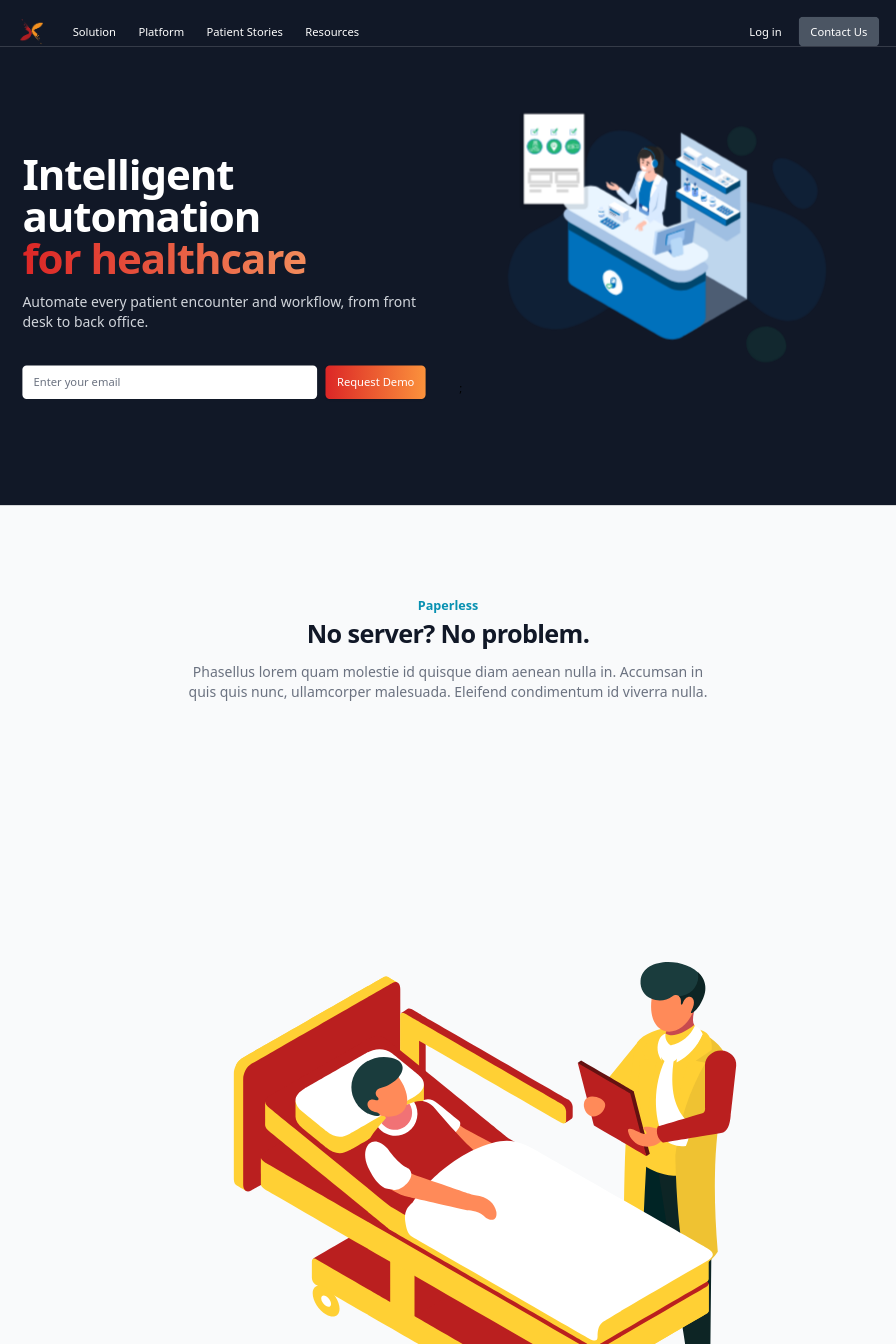
Repository: VinceBrun/medical-web3-app
Page: /
The author's editor kept a copy of each file at every save. The page is drawn from the files as they stood at one save, then again after the next save.
The browser window is 1280 px wide. The pictures show the part of the page from y = 0 to 1920 px (the page is 3395 px tall), at 70% of full size.
The project was rebuilt for these pictures with package versions that can differ from the ones it lists, and the page was loaded fresh each time. The framework's server and built-in components were replaced by stand-ins that run in the browser. Also part of the build but not shown: next.config.js, styles/Home.module.css.

Above is the page before, as saved 2023-01-16 17:34:02.

### components/Landing.jsx
import React from "react";
import { Fragment } from "react";
import { Popover, Transition } from "@headlessui/react";
import {
  ArrowPathIcon,
  Bars3Icon,
  CloudArrowUpIcon,
  CogIcon,
  LockClosedIcon,
  ServerIcon,
  ShieldCheckIcon,
  XMarkIcon,
} from "@heroicons/react/24/outline";
import {
  ArrowTopRightOnSquareIcon,
  ChevronRightIcon,
} from "@heroicons/react/20/solid";
import Lottie from "lottie-react";
import medicalanimation from "../public/images/medicalanimation.json";
import medicalpatient from "../public/images/medicalpatient.json";
import onlinemedicalanimation from "../public/images/onlinemedicalanimation.json";

const navigation = [
  { name: "Solution", href: "#" },
  { name: "Platform", href: "#" },
  { name: "Patient Stories", href: "#" },
  { name: "Resources", href: "#" },
];
const features = [
  {
    name: "Push to Deploy",
    description:
      "Ac tincidunt sapien vehicula erat auctor pellentesque rhoncus. Et magna sit morbi vitae lobortis.",
    icon: CloudArrowUpIcon,
  },
  {
    name: "SSL Certificates",
    description:
      "Qui aut temporibus nesciunt vitae dicta repellat sit dolores pariatur. Temporibus qui illum aut.",
    icon: LockClosedIcon,
  },
  {
    name: "Simple Queues",
    description:
      "Rerum quas incidunt deleniti quaerat suscipit mollitia. Amet repellendus ut odit dolores qui.",
    icon: ArrowPathIcon,
  },
  {
    name: "Advanced Security",
    description:
      "Ullam laboriosam est voluptatem maxime ut mollitia commodi. Et dignissimos suscipit perspiciatis.",
    icon: ShieldCheckIcon,
  },
  {
    name: "Powerful API",
    description:
      "Ab a facere voluptatem in quia corrupti veritatis aliquam. Veritatis labore quaerat ipsum quaerat id.",
    icon: CogIcon,
  },
  {
    name: "Database Backups",
    description:
      "Quia qui et est officia cupiditate qui consectetur. Ratione similique et impedit ea ipsum et.",
    icon: ServerIcon,
  },
];
const blogPosts = [
  {
    id: 1,
    title: "Boost your conversion rate",
    href: "#",
    date: "Mar 16, 2020",
    datetime: "2020-03-16",
    category: { name: "Article", href: "#" },
    imageUrl:
      "https://images.unsplash.com/photo-1496128858413-b36217c2ce36?ixlib=rb-1.2.1&ixid=eyJhcHBfaWQiOjEyMDd9&auto=format&fit=crop&w=1679&q=80",
    preview:
      "Lorem ipsum dolor sit amet consectetur adipisicing elit. Architecto accusantium praesentium eius, ut atque fuga culpa, similique sequi cum eos quis dolorum.",
    author: {
      name: "Roel Aufderehar",
      imageUrl:
        "https://images.unsplash.com/photo-1472099645785-5658abf4ff4e?ixlib=rb-1.2.1&ixid=eyJhcHBfaWQiOjEyMDd9&auto=format&fit=facearea&facepad=2&w=256&h=256&q=80",
      href: "#",
    },
    readingLength: "6 min",
  },
  {
    id: 2,
    title: "How to use search engine optimization to drive sales",
    href: "#",
    date: "Mar 10, 2020",
    datetime: "2020-03-10",
    category: { name: "Video", href: "#" },
    imageUrl:
      "https://images.unsplash.com/photo-1547586696-ea22b4d4235d?ixlib=rb-1.2.1&ixid=eyJhcHBfaWQiOjEyMDd9&auto=format&fit=crop&w=1679&q=80",
    preview:
      "Lorem ipsum dolor sit amet consectetur adipisicing elit. Velit facilis asperiores porro quaerat doloribus, eveniet dolore. Adipisci tempora aut inventore optio animi., tempore temporibus quo laudantium.",
    author: {
      name: "Brenna Goyette",
      imageUrl:
        "https://images.unsplash.com/photo-1550525811-e5869dd03032?ixlib=rb-1.2.1&ixid=eyJhcHBfaWQiOjEyMDd9&auto=format&fit=facearea&facepad=2&w=256&h=256&q=80",
      href: "#",
    },
    readingLength: "4 min",
  },
  {
    id: 3,
    title: "Improve your customer experience",
    href: "#",
    date: "Feb 12, 2020",
    datetime: "2020-02-12",
    category: { name: "Case Study", href: "#" },
    imageUrl:
      "https://images.unsplash.com/photo-1492724441997-5dc865305da7?ixlib=rb-1.2.1&ixid=eyJhcHBfaWQiOjEyMDd9&auto=format&fit=crop&w=1679&q=80",
    preview:
      "Lorem ipsum dolor sit amet consectetur adipisicing elit. Sint harum rerum voluptatem quo recusandae magni placeat saepe molestiae, sed excepturi cumque corporis perferendis hic.",
    author: {
      name: "Daniela Metz",
      imageUrl:
        "https://images.unsplash.com/photo-1487412720507-e7ab37603c6f?ixlib=rb-1.2.1&ixid=eyJhcHBfaWQiOjEyMDd9&auto=format&fit=facearea&facepad=2&w=256&h=256&q=80",
      href: "#",
    },
    readingLength: "11 min",
  },
];
const footerNavigation = {
  solutions: [
    { name: "Marketing", href: "#" },
    { name: "Analytics", href: "#" },
    { name: "Commerce", href: "#" },
    { name: "Insights", href: "#" },
  ],
  support: [
    { name: "Pricing", href: "#" },
    { name: "Documentation", href: "#" },
    { name: "Guides", href: "#" },
    { name: "API Status", href: "#" },
  ],
  company: [
    { name: "About", href: "#" },
    { name: "Blog", href: "#" },
    { name: "Jobs", href: "#" },
    { name: "Press", href: "#" },
    { name: "Partners", href: "#" },
  ],
  legal: [
    { name: "Claim", href: "#" },
    { name: "Privacy", href: "#" },
    { name: "Terms", href: "#" },
  ],
  social: [
    {
      name: "Facebook",
      href: "#",
      icon: (props) => (
        <svg fill="currentColor" viewBox="0 0 24 24" {...props}>
          <path
            fillRule="evenodd"
            d="M22 12c0-5.523-4.477-10-10-10S2 6.477 2 12c0 4.991 3.657 9.128 8.438 9.878v-6.987h-2.54V12h2.54V9.797c0-2.506 1.492-3.89 3.777-3.89 1.094 0 2.238.195 2.238.195v2.46h-1.26c-1.243 0-1.63.771-1.63 1.562V12h2.773l-.443 2.89h-2.33v6.988C18.343 21.128 22 16.991 22 12z"
            clipRule="evenodd"
          />
        </svg>
      ),
    },
    {
      name: "Instagram",
      href: "#",
      icon: (props) => (
        <svg fill="currentColor" viewBox="0 0 24 24" {...props}>
          <path
            fillRule="evenodd"
            d="M12.315 2c2.43 0 2.784.013 3.808.06 1.064.049 1.791.218 2.427.465a4.902 4.902 0 011.772 1.153 4.902 4.902 0 011.153 1.772c.247.636.416 1.363.465 2.427.048 1.067.06 1.407.06 4.123v.08c0 2.643-.012 2.987-.06 4.043-.049 1.064-.218 1.791-.465 2.427a4.902 4.902 0 01-1.153 1.772 4.902 4.902 0 01-1.772 1.153c-.636.247-1.363.416-2.427.465-1.067.048-1.407.06-4.123.06h-.08c-2.643 0-2.987-.012-4.043-.06-1.064-.049-1.791-.218-2.427-.465a4.902 4.902 0 01-1.772-1.153 4.902 4.902 0 01-1.153-1.772c-.247-.636-.416-1.363-.465-2.427-.047-1.024-.06-1.379-.06-3.808v-.63c0-2.43.013-2.784.06-3.808.049-1.064.218-1.791.465-2.427a4.902 4.902 0 011.153-1.772A4.902 4.902 0 015.45 2.525c.636-.247 1.363-.416 2.427-.465C8.901 2.013 9.256 2 11.685 2h.63zm-.081 1.802h-.468c-2.456 0-2.784.011-3.807.058-.975.045-1.504.207-1.857.344-.467.182-.8.398-1.15.748-.35.35-.566.683-.748 1.15-.137.353-.3.882-.344 1.857-.047 1.023-.058 1.351-.058 3.807v.468c0 2.456.011 2.784.058 3.807.045.975.207 1.504.344 1.857.182.466.399.8.748 1.15.35.35.683.566 1.15.748.353.137.882.3 1.857.344 1.054.048 1.37.058 4.041.058h.08c2.597 0 2.917-.01 3.96-.058.976-.045 1.505-.207 1.858-.344.466-.182.8-.398 1.15-.748.35-.35.566-.683.748-1.15.137-.353.3-.882.344-1.857.048-1.055.058-1.37.058-4.041v-.08c0-2.597-.01-2.917-.058-3.96-.045-.976-.207-1.505-.344-1.858a3.097 3.097 0 00-.748-1.15 3.098 3.098 0 00-1.15-.748c-.353-.137-.882-.3-1.857-.344-1.023-.047-1.351-.058-3.807-.058zM12 6.865a5.135 5.135 0 110 10.27 5.135 5.135 0 010-10.27zm0 1.802a3.333 3.333 0 100 6.666 3.333 3.333 0 000-6.666zm5.338-3.205a1.2 1.2 0 110 2.4 1.2 1.2 0 010-2.4z"
            clipRule="evenodd"
          />
        </svg>
      ),
    },
    {
      name: "Twitter",
      href: "#",
      icon: (props) => (
        <svg fill="currentColor" viewBox="0 0 24 24" {...props}>
          <path d="M8.29 20.251c7.547 0 11.675-6.253 11.675-11.675 0-.178 0-.355-.012-.53A8.348 8.348 0 0022 5.92a8.19 8.19 0 01-2.357.646 4.118 4.118 0 001.804-2.27 8.224 8.224 0 01-2.605.996 4.107 4.107 0 00-6.993 3.743 11.65 11.65 0 01-8.457-4.287 4.106 4.106 0 001.27 5.477A4.072 4.072 0 012.8 9.713v.052a4.105 4.105 0 003.292 4.022 4.095 4.095 0 01-1.853.07 4.108 4.108 0 003.834 2.85A8.233 8.233 0 012 18.407a11.616 11.616 0 006.29 1.84" />
        </svg>
      ),
    },
    {
      name: "GitHub",
      href: "#",
      icon: (props) => (
        <svg fill="currentColor" viewBox="0 0 24 24" {...props}>
          <path
            fillRule="evenodd"
            d="M12 2C6.477 2 2 6.484 2 12.017c0 4.425 2.865 8.18 6.839 9.504.5.092.682-.217.682-.483 0-.237-.008-.868-.013-1.703-2.782.605-3.369-1.343-3.369-1.343-.454-1.158-1.11-1.466-1.11-1.466-.908-.62.069-.608.069-.608 1.003.07 1.531 1.032 1.531 1.032.892 1.53 2.341 1.088 2.91.832.092-.647.35-1.088.636-1.338-2.22-.253-4.555-1.113-4.555-4.951 0-1.093.39-1.988 1.029-2.688-.103-.253-.446-1.272.098-2.65 0 0 .84-.27 2.75 1.026A9.564 9.564 0 0112 6.844c.85.004 1.705.115 2.504.337 1.909-1.296 2.747-1.027 2.747-1.027.546 1.379.202 2.398.1 2.651.64.7 1.028 1.595 1.028 2.688 0 3.848-2.339 4.695-4.566 4.943.359.309.678.92.678 1.855 0 1.338-.012 2.419-.012 2.747 0 .268.18.58.688.482A10.019 10.019 0 0022 12.017C22 6.484 17.522 2 12 2z"
            clipRule="evenodd"
          />
        </svg>
      ),
    },
    {
      name: "Dribbble",
      href: "#",
      icon: (props) => (
        <svg fill="currentColor" viewBox="0 0 24 24" {...props}>
          <path
            fillRule="evenodd"
            d="M12 2C6.48 2 2 6.48 2 12s4.48 10 10 10c5.51 0 10-4.48 10-10S17.51 2 12 2zm6.605 4.61a8.502 8.502 0 011.93 5.314c-.281-.054-3.101-.629-5.943-.271-.065-.141-.12-.293-.184-.445a25.416 25.416 0 00-.564-1.236c3.145-1.28 4.577-3.124 4.761-3.362zM12 3.475c2.17 0 4.154.813 5.662 2.148-.152.216-1.443 1.941-4.48 3.08-1.399-2.57-2.95-4.675-3.189-5A8.687 8.687 0 0112 3.475zm-3.633.803a53.896 53.896 0 013.167 4.935c-3.992 1.063-7.517 1.04-7.896 1.04a8.581 8.581 0 014.729-5.975zM3.453 12.01v-.26c.37.01 4.512.065 8.775-1.215.25.477.477.965.694 1.453-.109.033-.228.065-.336.098-4.404 1.42-6.747 5.303-6.942 5.629a8.522 8.522 0 01-2.19-5.705zM12 20.547a8.482 8.482 0 01-5.239-1.8c.152-.315 1.888-3.656 6.703-5.337.022-.01.033-.01.054-.022a35.318 35.318 0 011.823 6.475 8.4 8.4 0 01-3.341.684zm4.761-1.465c-.086-.52-.542-3.015-1.659-6.084 2.679-.423 5.022.271 5.314.369a8.468 8.468 0 01-3.655 5.715z"
            clipRule="evenodd"
          />
        </svg>
      ),
    },
  ],
};

export default function Landing() {
  return (
    <div className="bg-white">
      <div className="relative overflow-hidden">
        <Popover as="header" className="relative">
          <div className="bg-gray-900 pt-6">
            <nav
              className="relative mx-auto flex max-w-7xl items-center justify-between px-4 sm:px-6"
              aria-label="Global"
            >
              <div className="flex flex-1 items-center">
                <div className="flex w-full items-center justify-between md:w-auto">
                  <a href="#">
                    <span className="sr-only">Curioosityxploring</span>
                    <img
                      className="h-8 w-auto sm:h-10"
                      src="/images/curiositylogo.png"
                      alt=""
                    />
                  </a>
                  <div className="-mr-2 flex items-center md:hidden">
                    <Popover.Button className="focus-ring-inset inline-flex items-center justify-center rounded-md bg-gray-900 p-2 text-gray-400 hover:bg-gray-800 focus:outline-none focus:ring-2 focus:ring-white">
                      <span className="sr-only">Open main menu</span>
                      <Bars3Icon className="h-6 w-6" aria-hidden="true" />
                    </Popover.Button>
                  </div>
                </div>
                <div className="hidden space-x-8 md:ml-10 md:flex">
                  {navigation.map((item) => (
                    <a
                      key={item.name}
                      href={item.href}
                      className="text-base font-medium text-white hover:text-gray-300"
                    >
                      {item.name}
                    </a>
                  ))}
                </div>
              </div>
              <div className="hidden md:flex md:items-center md:space-x-6">
                <a
                  href="#"
                  className="text-base font-medium text-white hover:text-gray-300"
                >
                  Log in
                </a>
                <a
                  href="#"
                  className="inline-flex items-center rounded-md border border-transparent bg-gray-600 px-4 py-2 text-base font-medium text-white hover:bg-gray-700"
                >
                  Contact Us
                </a>
              </div>
            </nav>
          </div>

          <Transition
            as={Fragment}
            enter="duration-150 ease-out"
            enterFrom="opacity-0 scale-95"
            enterTo="opacity-100 scale-100"
            leave="duration-100 ease-in"
            leaveFrom="opacity-100 scale-100"
            leaveTo="opacity-0 scale-95"
          >
            <Popover.Panel
              focus
              className="absolute inset-x-0 top-0 origin-top transform p-2 transition md:hidden"
            >
              <div className="overflow-hidden rounded-lg bg-white shadow-md ring-1 ring-black ring-opacity-5">
                <div className="flex items-center justify-between px-5 pt-4">
                  <div>
                    <img
                      className="h-8 w-auto"
                      src="/images/curiositylogo.png"
                      alt=""
                    />
                  </div>
                  <div className="-mr-2">
                    <Popover.Button className="inline-flex items-center justify-center rounded-md bg-white p-2 text-gray-400 hover:bg-gray-100 focus:outline-none focus:ring-2 focus:ring-inset focus:ring-cyan-600">
                      <span className="sr-only">Close menu</span>
                      <XMarkIcon className="h-6 w-6" aria-hidden="true" />
                    </Popover.Button>
                  </div>
                </div>
                <div className="pt-5 pb-6">
                  <div className="space-y-1 px-2">
                    {navigation.map((item) => (
                      <a
                        key={item.name}
                        href={item.href}
                        className="block rounded-md px-3 py-2 text-base font-medium text-gray-900 hover:bg-gray-50"
                      >
                        {item.name}
                      </a>
                    ))}
                  </div>
                  <div className="mt-6 px-5">
                    <a
                      href="#"
                      className="block w-full rounded-md bg-gradient-to-r from-orange-500 to-red-800 py-3 px-4 text-center font-medium text-white shadow hover:from-teal-600 hover:to-cyan-700"
                    >
                      Contact Us
                    </a>
                  </div>
                  <div className="mt-6 px-5">
                    <p className="text-center text-base font-medium text-gray-500">
                      Existing customer?{" "}
                      <a href="#" className="text-gray-900 hover:underline">
                        Login
                      </a>
                    </p>
                  </div>
                </div>
              </div>
            </Popover.Panel>
          </Transition>
        </Popover>
        <main>
          <div className="bg-gray-900 pt-10 sm:pt-16 lg:overflow-hidden lg:pt-8 lg:pb-14">
            <div className="mx-auto max-w-7xl lg:px-8">
              <div className="lg:grid lg:grid-cols-2 lg:gap-8">
                <div className="mx-auto max-w-md px-4 sm:max-w-2xl sm:px-6 sm:text-center lg:flex lg:items-center lg:px-0 lg:text-left">
                  <div className="lg:py-24">
                    <h1 className="mt-4 text-4xl font-bold tracking-tight text-white sm:mt-5 sm:text-6xl lg:mt-6 xl:text-6xl">
                      <span className="block">Intelligent automation</span>
                      <span className="block bg-gradient-to-r from-red-600 to-orange-300 bg-clip-text pb-3 text-transparent sm:pb-5">
                        for healthcare
                      </span>
                    </h1>
                    <p className="text-base text-gray-300 sm:text-xl lg:text-lg xl:text-xl">
                      Automate every patient encounter and workflow, from front
                      desk to back office.
                    </p>
                    <div className="mt-10 sm:mt-12">
                      <form
                        action="#"
                        className="sm:mx-auto sm:max-w-xl lg:mx-0"
                      >
                        <div className="sm:flex">
                          <div className="min-w-0 flex-1">
                            <label htmlFor="email" className="sr-only">
                              Email address
                            </label>
                            <input
                              id="email"
                              type="email"
                              placeholder="Enter your email"
                              className="block w-full rounded-md border-0 px-4 py-3 text-base text-gray-900 placeholder-gray-500 focus:outline-none focus:ring-2 focus:ring-cyan-400 focus:ring-offset-2 focus:ring-offset-gray-900"
                            />
                          </div>
                          <div className="mt-3 sm:mt-0 sm:ml-3">
                            <button
                              type="submit"
                              className="block w-full rounded-md bg-gradient-to-r from-red-600 to-orange-400 py-3 px-4 font-medium text-white shadow hover:from-teal-600 hover:to-cyan-700 focus:outline-none focus:ring-2 focus:ring-cyan-400 focus:ring-offset-2 focus:ring-offset-gray-900"
                            >
                              Request Demo
                            </button>
                          </div>
                        </div>
                      </form>
                    </div>
                  </div>
                </div>
                <div className="mt-12 -mb-16 sm:-mb-48 lg:relative lg:m-0">
                  {/* <div className="mx-auto max-w-md px-4 sm:max-w-2xl sm:px-6 lg:max-w-none lg:px-0">
                    <img
                      className="w-full lg:absolute lg:inset-y-0 lg:left-0 lg:h-full lg:w-auto lg:max-w-none"
                      src="/images/pharmacy.mp4"
                      alt=""
                    />
                  </div> */}
                  <Lottie animationData={medicalanimation} loop={true} />;
                  {/* <Lottie animationData={onlinemedicalanimation} loop={true} /> */}
                </div>
              </div>
            </div>
          </div>

          {/* Feature section with screenshot */}
          <div className="relative bg-gray-50 pt-16 sm:pt-24 lg:pt-32">
            <div className="mx-auto max-w-md px-6 text-center sm:max-w-3xl lg:max-w-7xl lg:px-8">
              <div>
                <h2 className="text-lg font-semibold text-cyan-600">
                  Paperless
                </h2>
                <p className="mt-2 text-3xl font-bold tracking-tight text-gray-900 sm:text-4xl">
                  No server? No problem.
                </p>
                <p className="mx-auto mt-5 max-w-prose text-xl text-gray-500">
                  Phasellus lorem quam molestie id quisque diam aenean nulla in.
                  Accumsan in quis quis nunc, ullamcorper malesuada. Eleifend
                  condimentum id viverra nulla.
                </p>
              </div>
              <div className="p-32">
                <Lottie animationData={medicalpatient} loop={true} />;
              </div>
            </div>
          </div>

          {/* Feature section with grid */}
          <div className="relative bg-white py-16 sm:py-24 lg:py-32">
            <div className="mx-auto max-w-md px-6 text-center sm:max-w-3xl lg:max-w-7xl lg:px-8">
              <h2 className="text-lg font-semibold text-cyan-600">
                Deploy faster
              </h2>
              <p className="mt-2 text-3xl font-bold tracking-tight text-gray-900 sm:text-4xl">
                Everything you need to deploy your app
              </p>
              <p className="mx-auto mt-5 max-w-prose text-xl text-gray-500">
                Phasellus lorem quam molestie id quisque diam aenean nulla in.
                Accumsan in quis quis nunc, ullamcorper malesuada. Eleifend
                condimentum id viverra nulla.
              </p>
              <div className="mt-12">
                <div className="grid grid-cols-1 gap-8 sm:grid-cols-2 lg:grid-cols-3">
                  {features.map((feature) => (
                    <div key={feature.name} className="pt-6">
                      <div className="flow-root rounded-lg bg-gray-50 px-6 pb-8">
                        <div className="-mt-6">
                          <div>
                            <span className="inline-flex items-center justify-center rounded-md bg-gradient-to-r from-teal-500 to-cyan-600 p-3 shadow-lg">
                              <feature.icon
                                className="h-6 w-6 text-white"
                                aria-hidden="true"
                              />
                            </span>
                          </div>
                          <h3 className="mt-8 text-lg font-medium tracking-tight text-gray-900">
                            {feature.name}
                          </h3>
                          <p className="mt-5 text-base text-gray-500">
                            {feature.description}
                          </p>
                        </div>
                      </div>
                    </div>
                  ))}
                </div>
              </div>
            </div>
          </div>

          {/* Testimonial section */}

          {/* Blog section */}

          {/* CTA Section */}
        </main>
        <footer className="bg-gray-50" aria-labelledby="footer-heading">
          <h2 id="footer-heading" className="sr-only">
            Footer
          </h2>
          <div className="mx-auto max-w-md px-4 pt-12 sm:max-w-7xl sm:px-6 lg:px-8 lg:pt-16">
            <div className="xl:grid xl:grid-cols-3 xl:gap-8"></div>
            <div className="mt-12 border-t border-gray-200 py-8">
              <p className="text-base text-gray-400 xl:text-center">
                &copy; 2023 Curiosityxploring, Inc. All rights reserved.
              </p>
            </div>
          </div>
        </footer>
      </div>
    </div>
  );
}

Loaded but not shown: pages/_app.js (common file); pages/_document.js (common file); styles/globals.css (common file); tailwind.config.js (common file); public/images/medicalanimation.json (1 lines, source omitted); public/images/onlinemedicalanimation.json (1 lines, source omitted); public/images/medicalpatient.json (1 lines, source omitted); pages/index.js (26 lines, source omitted)

After the next save:
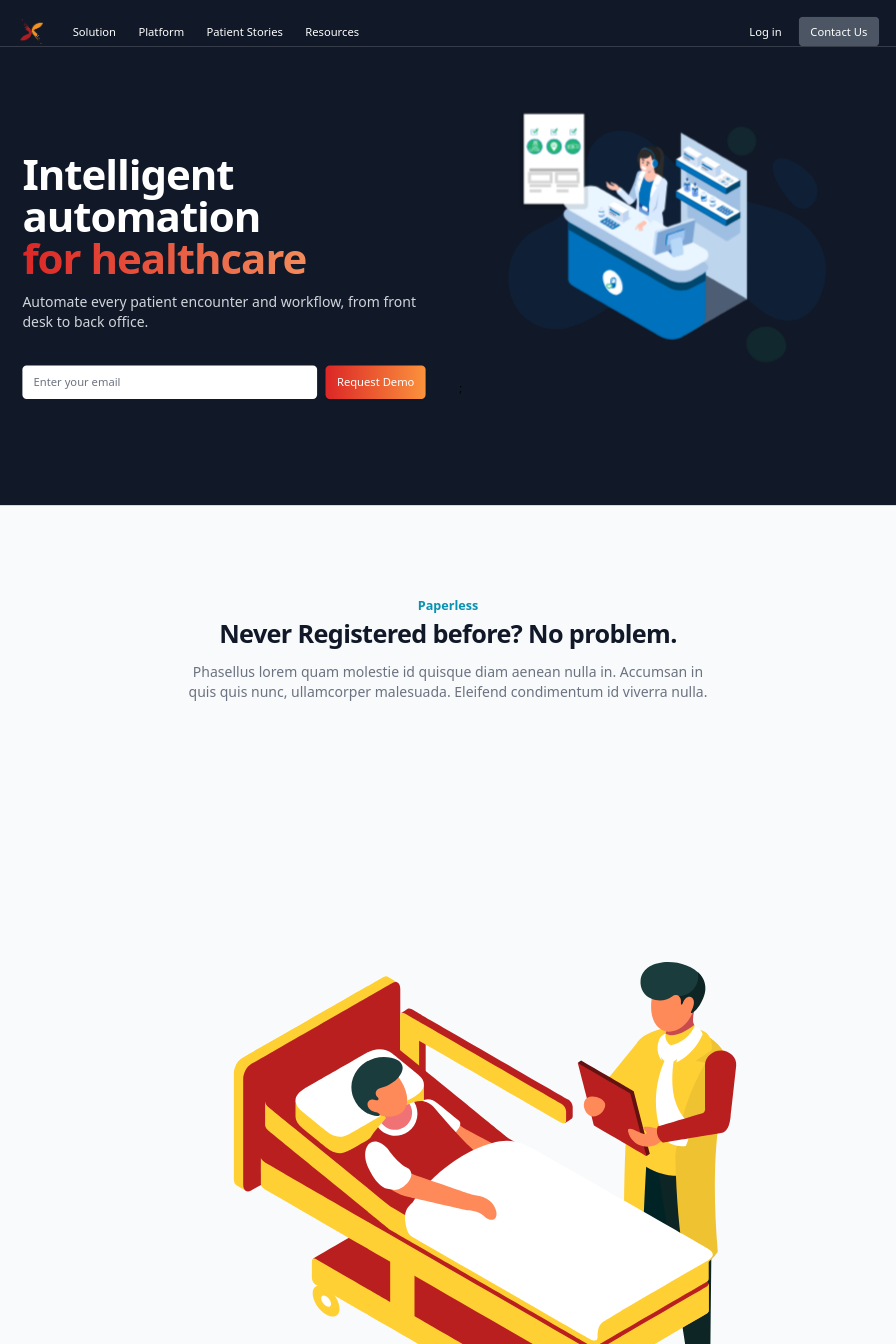
Saved 17 s later.
--- a/components/Landing.jsx
+++ b/components/Landing.jsx
@@ -400,7 +400,7 @@ export default function Landing() {
                   Paperless
                 </h2>
                 <p className="mt-2 text-3xl font-bold tracking-tight text-gray-900 sm:text-4xl">
-                  No server? No problem.
+                  Never Registered before? No problem.
                 </p>
                 <p className="mx-auto mt-5 max-w-prose text-xl text-gray-500">
                   Phasellus lorem quam molestie id quisque diam aenean nulla in.
